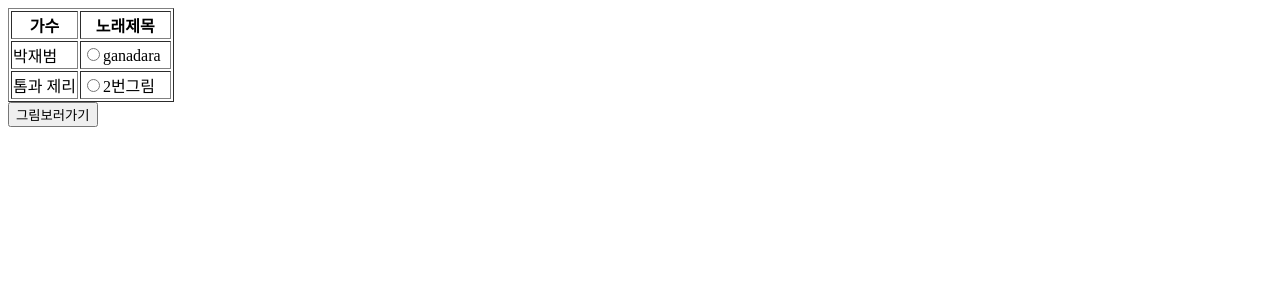
Repository: SimpleRan/jsp_paractice2
Page: http://localhost/JSPBasic/jspobject/qiuz/music.jsp
The author's editor kept a copy of each file at every save. The page is drawn from the files as they stood at one save, then again after the next save.
The browser window is 1280 px wide. The pictures show the whole page.
The page is served by Tomcat 9.

Above is the page before, as saved 2022-03-28 09:37:37.

After the next save:
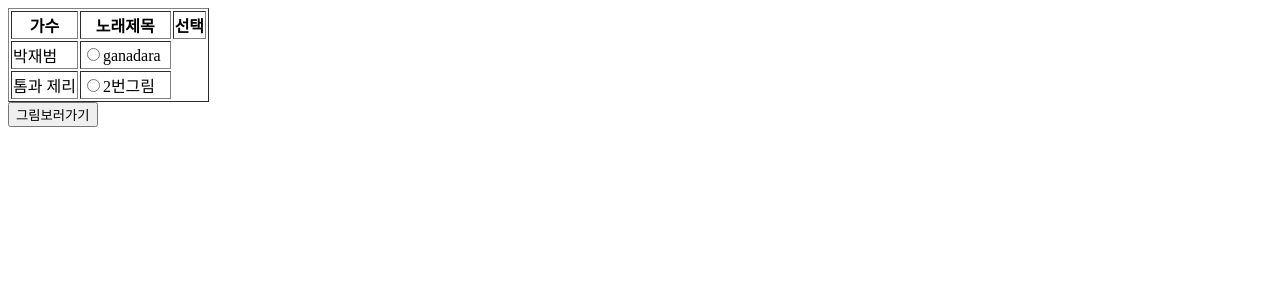
Saved 104 s later.
--- a/JSPBasic/src/main/webapp/jspobject/qiuz/music.jsp
+++ b/JSPBasic/src/main/webapp/jspobject/qiuz/music.jsp
@@ -15,6 +15,7 @@
 	  <thead>
 	    <th> 가수 </th>
 	    <th> 노래제목 </th>
+	    <th> 선택 </th>
 	  </thead>
 	  <tbody>
 	   <tr>
